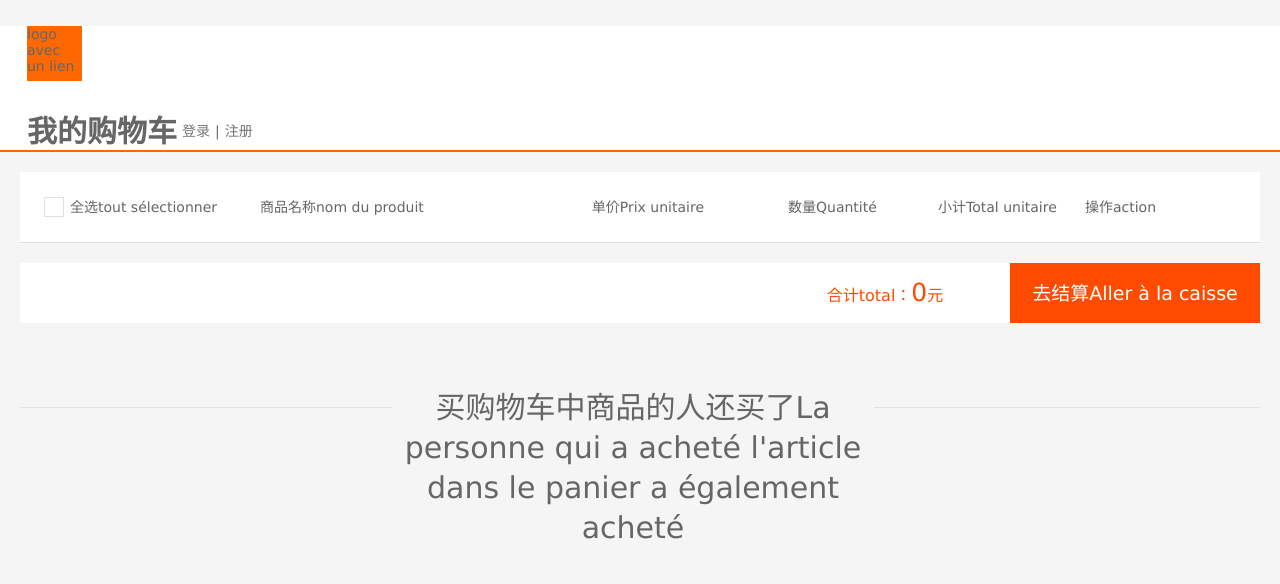
Repository: clairedupuich/excercice
Page: javaScript/banier d'achat/购物车.html
These files come from the project's save history. The page is drawn as it stood at one moment and after the next save; the edit follows.
The browser window is 1280 px wide. The pictures show the whole page.

Above is the page before, as saved 2020-10-12 16:10:48.
Console error: SyntaxError: Unexpected end of input

After the next save:
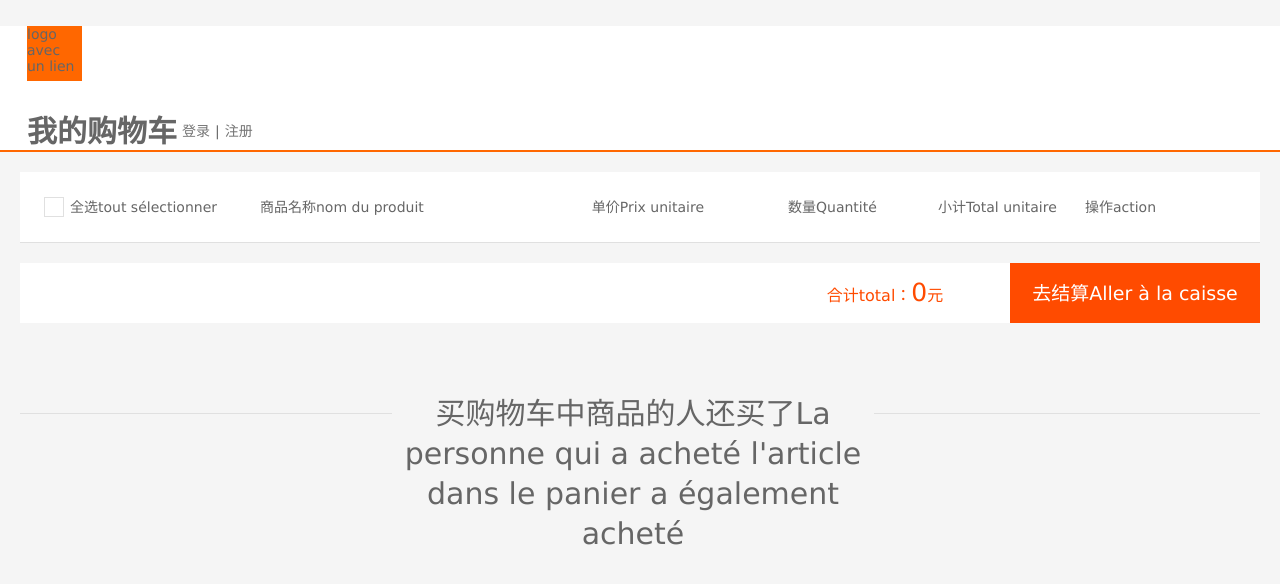
Saved 119 s later.
--- a/javaScript/banier d'achat/购物车.css
+++ b/javaScript/banier d'achat/购物车.css
@@ -74,7 +74,7 @@
 
 .box_head {
     position: relative;
-    margin: 0;
+    margin: 3em auto;
     height: 50px;
     font-size: 30px;
     font-weight: 400;
@@ -97,7 +97,7 @@
 
 #box {
     width: 1240px;
-    margin: 6em auto;
+    margin: 40px auto;
 }
 
 #box ul {
